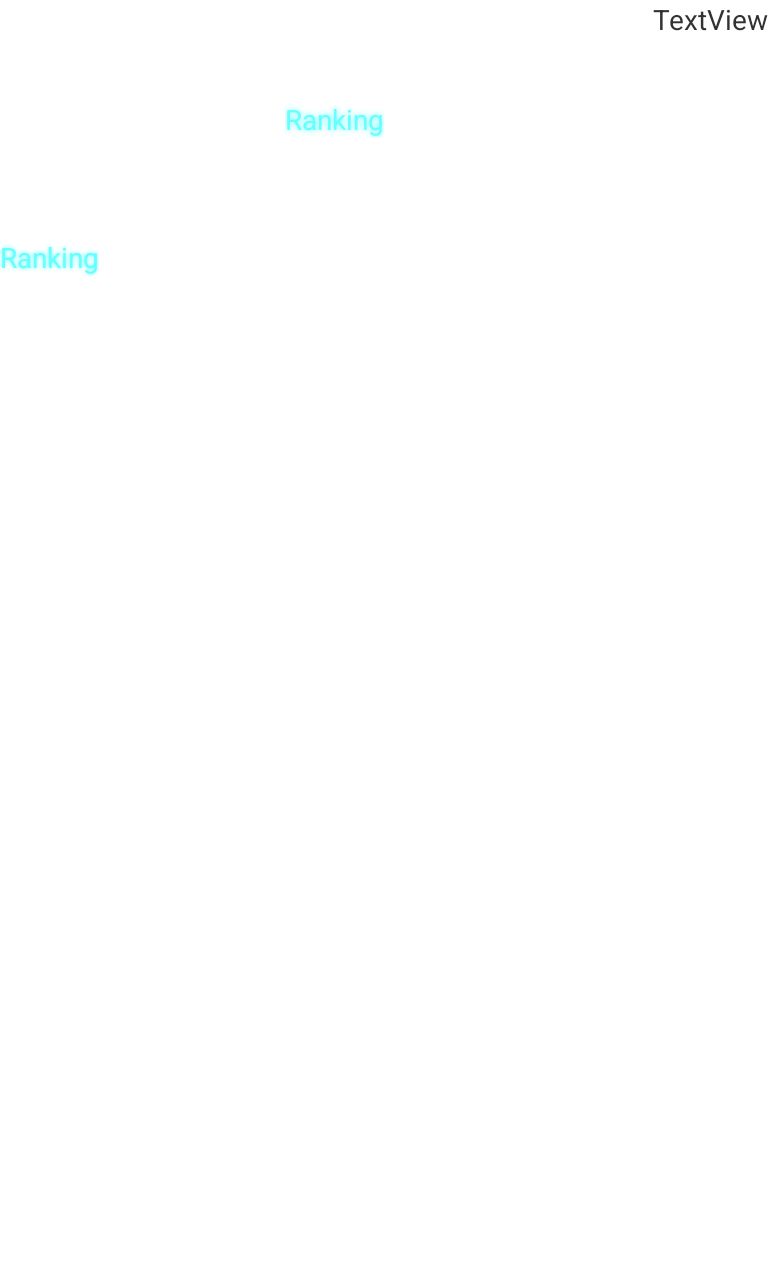
Repository: zwycid/dimension-drive-downside
Layout: lk/gameUIDesign/res/layout/ranking.xml
An editor plug-in stored every save of this project. The layout is shown before and after the next save, followed by the edit.
It is drawn on a 768 x 1280 px phone screen (xhdpi) without system bars, with theme AppTheme; the app's code is not run. Lists and similar views that code fills are empty.

Above is the layout before, as saved 2012-07-10 15:48:22.

After the next save:
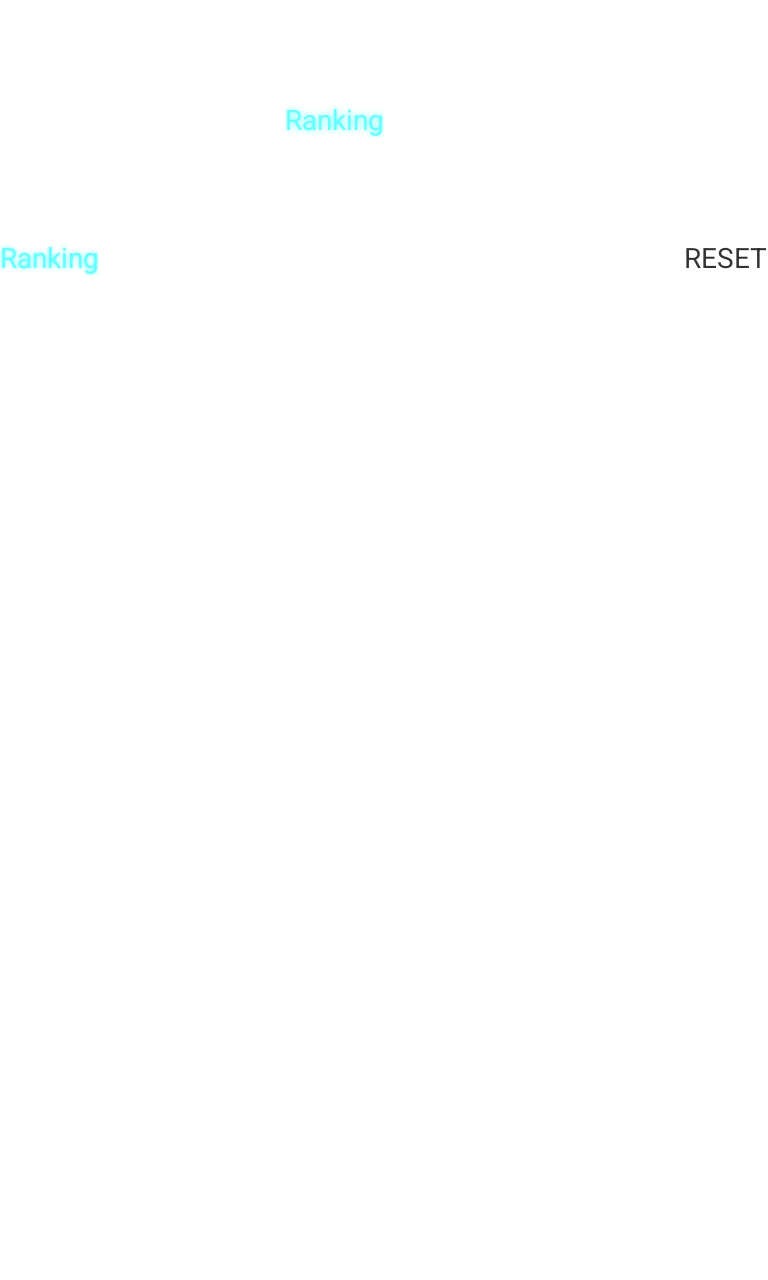
Saved 7 s later.
--- a/lk/gameUIDesign/res/layout/ranking.xml
+++ b/lk/gameUIDesign/res/layout/ranking.xml
@@ -34,8 +34,8 @@ style="@style/ButtonText"
         android:layout_width="wrap_content"
         android:layout_height="wrap_content"
         android:layout_alignParentRight="true"
-        android:layout_below="@+id/textView3"
-        android:text="TextView" />
+        android:layout_below="@+id/blankView2"
+        android:text="@string/reset" />
 
     <ListView
         android:id="@+id/listView1"
